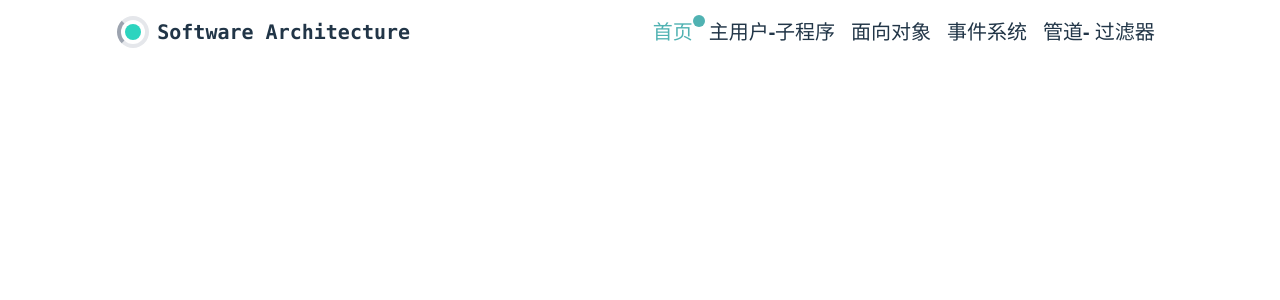
Repository: MarchRory/software_architecture_lab2
Page: / (app in lab2/)
An editor plug-in stored every save of this project. The page is shown before and after the next save, followed by the edit.
The browser window is 1280 px wide. The pictures show the whole page.
The project was rebuilt for these pictures with package versions that can differ from the ones it lists, and the page was loaded fresh each time. Also part of the build but not shown: lab2/vite.config.ts. Imported but missing from the stored project, and not drawn on this page: lab2/src/views/OOP/index.vue, lab2/src/views/PipFilter/index.vue, lab2/src/views/eventSys/index.vue, lab2/src/views/mainChild/index.vue.

Above is the page before, as saved 2023-11-16 13:08:54.

### lab2/index.html
<!doctype html>
<html lang="en">
  <head>
    <meta charset="UTF-8" />
    <link rel="icon" type="image/svg+xml" href="/vite.svg" />
    <meta name="viewport" content="width=device-width, initial-scale=1.0" />
    <title>经典软件体系结构</title>
  </head>
  <body>
    <div id="app"></div>
    <script type="module" src="/src/main.ts"></script>
  </body>
</html>

### lab2/src/main.ts
import { createApp } from 'vue'
import './style.css'
import './style/index.css'
import router from '@/router/index'
import App from './App.vue'
import "tailwindcss/tailwind.css"

createApp(App).use(router).mount('#app')

### lab2/src/style.css
:root {
  font-family: Inter, system-ui, Avenir, Helvetica, Arial, sans-serif;
  line-height: 1.5;
  font-weight: 400;

  color-scheme: light dark;
  color: rgba(255, 255, 255, 0.87);
  background-color: #242424;

  font-synthesis: none;
  text-rendering: optimizeLegibility;
  -webkit-font-smoothing: antialiased;
  -moz-osx-font-smoothing: grayscale;
  -webkit-text-size-adjust: 100%;
}

a {
  font-weight: 500;
  color: #646cff;
  text-decoration: inherit;
}
a:hover {
  color: #535bf2;
}

body {
  margin: 0;
  display: flex;
  place-items: center;
  min-width: 320px;
  min-height: 100vh;
}

@media (prefers-color-scheme: light) {
  :root {
    color: #213547;
    background-color: #ffffff;
  }
  a:hover {
    color: #747bff;
  }
  button {
    background-color: #f9f9f9;
  }
}

### lab2/src/router/index.ts
import { createRouter, createWebHashHistory, RouteRecordRaw } from "vue-router";
export const routes: Array<RouteRecordRaw> = [
    {
        path: '/',
        name: 'hello',
        meta: {
            tabName: '主页'
        },
        component: () => import('@/layout/index.vue'),
        redirect: '/home',
        children: [
            {
                path: '/home',
                name: 'home',
                component: () => import('@/views/hello/index.vue'),
                meta: {
                    title: '首页'
                }
            }, {
                path: '/mainChild',
                name: 'mainChild',
                component: () => import('@/views/mainChild/index.vue'),
                meta: {
                    title: '主用户-子程序'
                }
            }, {
                path: 'OOP',
                name: "OOP",
                component: () => import('@/views/OOP/index.vue'),
                meta: {
                    title: '面向对象'
                }
            }, {
                path: '/eventSys',
                name: "eventSys",
                component: () => import("@/views/eventSys/index.vue"),
                meta: {
                    title: '事件系统'
                }
            }, {
                path: '/pipFilter',
                name: "pipFilter",
                component: () => import('@/views/PipFilter/index.vue'),
                meta: {
                    title: "管道- 过滤器"
                }
            }
        ]
    },
]

const router = createRouter({
    history: createWebHashHistory(),
    routes
})

export default router

### lab2/src/App.vue
<script setup lang="ts">
import { defineAsyncComponent } from 'vue';
import { useRouter } from 'vue-router'
const router = useRouter()
</script>

<template>
  <div id="app">
    <router-view></router-view>
  </div>
</template>

<style scoped>
#app{
  width: 100vw;
  height: 100vh;
}
</style>

### lab2/src/layout/index.vue
<script setup lang="ts">
import { defineAsyncComponent } from 'vue';
const Navbar = defineAsyncComponent(
    () => import('./navbar.vue')
)
</script>

<template>
    <div class="w-full h-full ">
        <Navbar />
        <router-view></router-view>
    </div>
</template>

### lab2/src/views/hello/index.vue
<script setup lang="ts">
</script>

<template>
    <div>

    </div>
</template>

<style scoped>

</style>

### lab2/src/layout/navbar.vue
<script setup lang="ts">
	import { useRouter, useRoute, RouteRecordRaw } from 'vue-router';
	import { routes } from '@/router';
	import { ref } from 'vue';
	const router = useRouter();
	const route = useRoute();
	const Navlist = ref();
	function initNav() {
		Navlist.value = routes[0].children?.map((route: RouteRecordRaw) => {
			return {
				path: route.path,
				title: route?.meta.title,
			};
		});
	}
	initNav();
</script>

<template>
	<div class="flex items-center justify-around w-full h-16">
		<ul class="flex items-center justify-start list-none">
			<li
				class="flex items-center justify-center w-8 h-8 border-4 rounded-full border-l-gray-400"
			>
				<div class="w-4 h-4 bg-teal-400 rounded-full"></div>
			</li>
			<li class="font-mono navFont">Software Architecture</li>
		</ul>
		<ul class="flex min-w-fit">
			<li
				class="mr-2 font-sans transition-all navFont"
				:class="[route.path == navItem.path ? 'active' : '']"
				v-for="(navItem, index) in Navlist"
				:key="index"
			>
				{{ navItem.title }}
			</li>
		</ul>
	</div>
</template>

<style scoped>
	.navFont {
		@apply ml-2 text-xl font-bold;
	}
	.active {
		color: rgb(80, 178, 178);
	}
	.active::before {
		display: block;
		content: '';
		position: absolute;
		width: 12px;
		height: 12px;
		border-radius: 50%;
		background-color: rgb(80, 178, 178);
		transform: translate(40px, -3px);
	}
</style>

Loaded but not shown: lab2/src/style/index.css (common file); lab2/tailwind.config.js (common file)

After the next save:
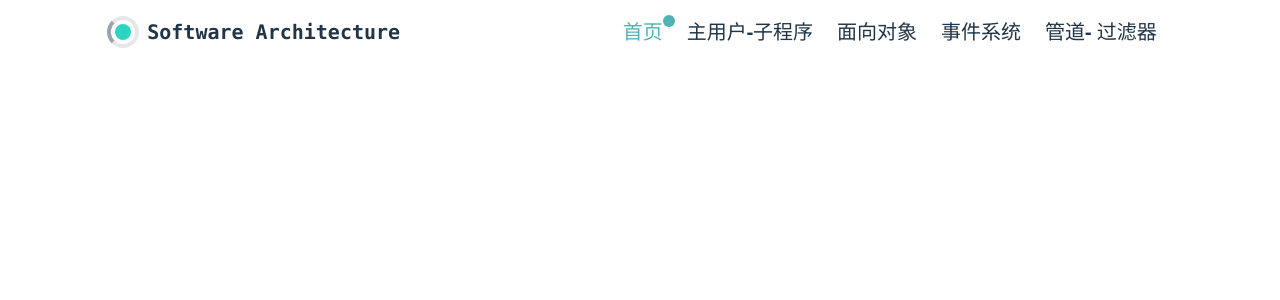
Saved 14 s later.
--- a/lab2/src/layout/navbar.vue
+++ b/lab2/src/layout/navbar.vue
@@ -28,7 +28,7 @@
 		</ul>
 		<ul class="flex min-w-fit">
 			<li
-				class="mr-2 font-sans transition-all navFont"
+				class="mr-4 font-sans transition-all navFont"
 				:class="[route.path == navItem.path ? 'active' : '']"
 				v-for="(navItem, index) in Navlist"
 				:key="index"
